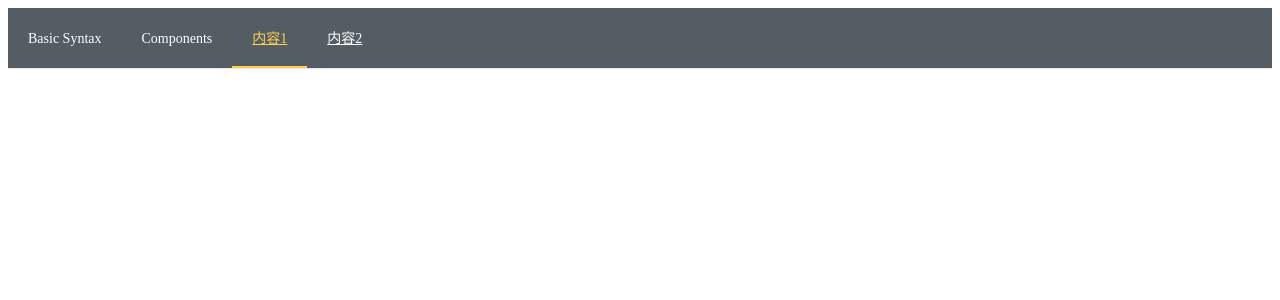
Repository: yuyiyong/study.vue
Page: /#/
These files come from the project's save history. The page is drawn as it stood at one moment and after the next save; the edit follows.
The browser window is 1280 px wide. The pictures show the whole page.
The project was rebuilt for these pictures with package versions that can differ from the ones it lists, and the page was loaded fresh each time. Also part of the build but not shown: src/pages/Login/Login.vue, src/pages/Containt/Containt1.vue, src/pages/Containt/Containt2.vue.

Above is the page before, as saved 2021-03-09 17:19:24.

After the next save:
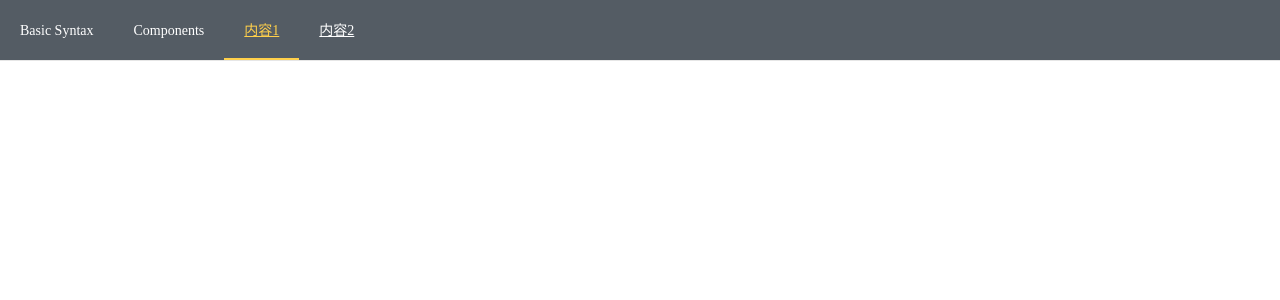
Saved 17 min 27 s later.
--- a/src/App.vue
+++ b/src/App.vue
@@ -1,7 +1,7 @@
 <!--
  * @Author: your name
  * @Date: 2021-03-08 17:56:46
- * @LastEditTime: 2021-03-09 17:14:27
+ * @LastEditTime: 2021-03-09 17:36:51
  * @LastEditors: yyy_dui
  * @Description: In User Settings Edit
  * @FilePath: /element_test/src/App.vue
@@ -20,6 +20,10 @@ export default {
 </script>
 
 <style>
+html, body {
+  margin: 0px !important;
+  padding: 0px !important;
+}
 #app {
   /* font-family: 'Avenir', Helvetica, Arial, sans-serif;
   -webkit-font-smoothing: antialiased;
